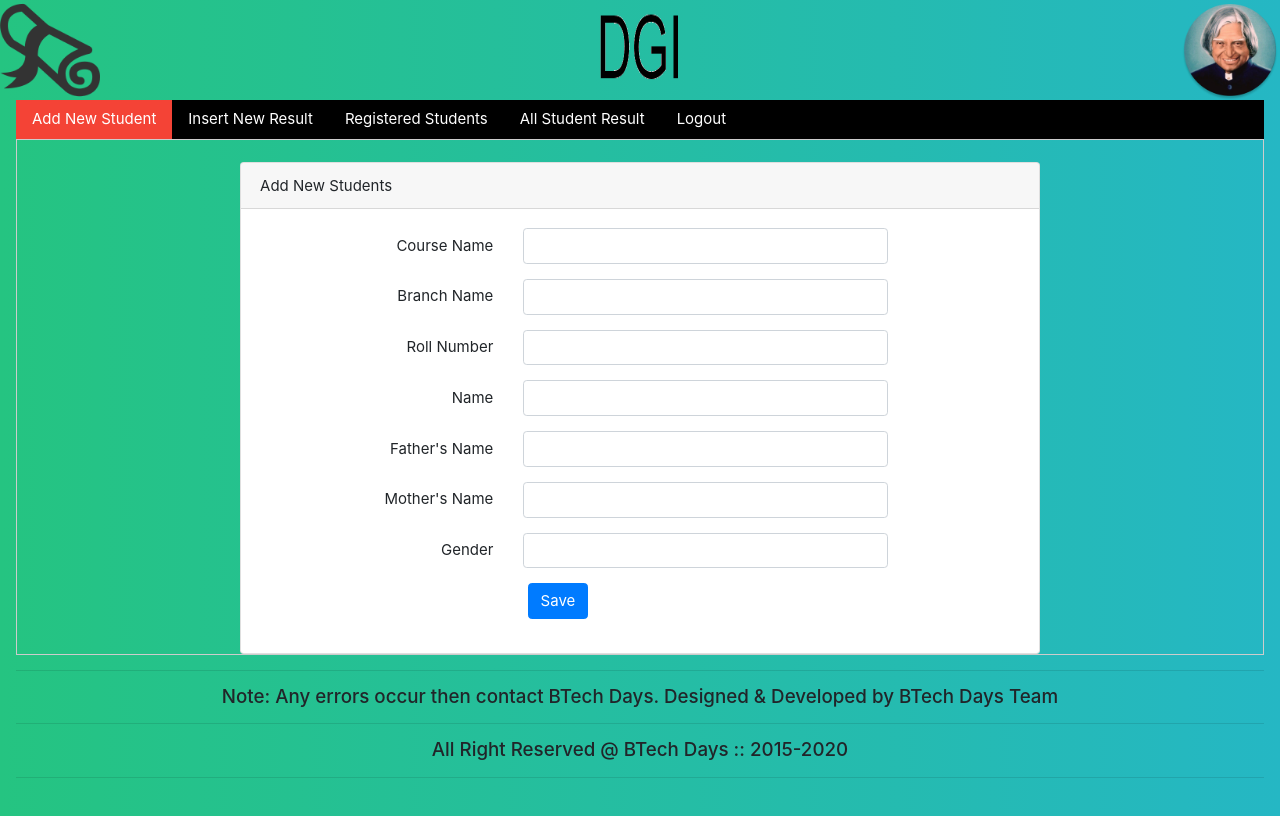
Repository: AlkaDas991/Dbms
Page: http://localhost/Student_Record_Management/adminHome.jsp
An editor plug-in stored every save of this project. The page is shown before and after the next save, followed by the edit.
The browser window is 1280 px wide. The pictures show the whole page.
Some web fonts or font styles are not loaded; a fallback is used. Some web libraries are served in a nearby version. The page is served by Tomcat 9. Queries for data that is not in the repository find no rows.

Above is the page before, as saved 2021-03-12 06:17:13.
Console error: TypeError: Cannot read properties of undefined (reading 'fn')

After the next save:
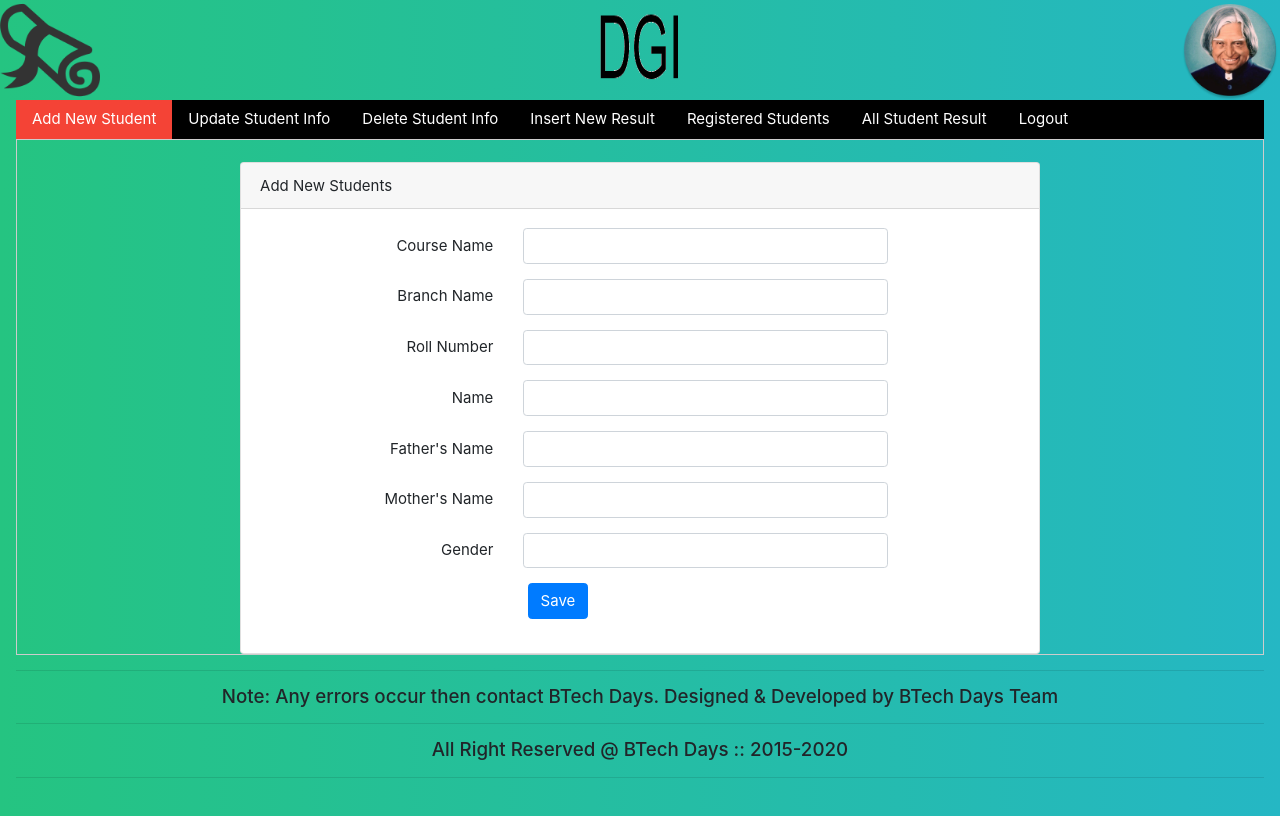
Saved 3 min 34 s later.
--- a/Student Record Management/WebContent/adminHome.jsp
+++ b/Student Record Management/WebContent/adminHome.jsp
@@ -9,6 +9,8 @@
 <div class="w3-container">
   <div class="w3-bar w3-black">
     <button class="w3-bar-item w3-button tablink w3-red" onclick="openCity(event,'London')">Add New Student</button>
+    <button class="w3-bar-item w3-button tablink" onclick="openCity(event,'Delhi')">Update Student Info</button>
+    <button class="w3-bar-item w3-button tablink" onclick="openCity(event,'Tokyo')">Delete Student Info</button>
     <button class="w3-bar-item w3-button tablink" onclick="openCity(event,'Paris')">Insert New Result</button>
     <button class="w3-bar-item w3-button tablink" onclick="openCity(event,'Tokyo')">Registered Students</button>
      <button class="w3-bar-item w3-button tablink" onclick="openCity(event,'Tokyo1')">All Student Result</button>
